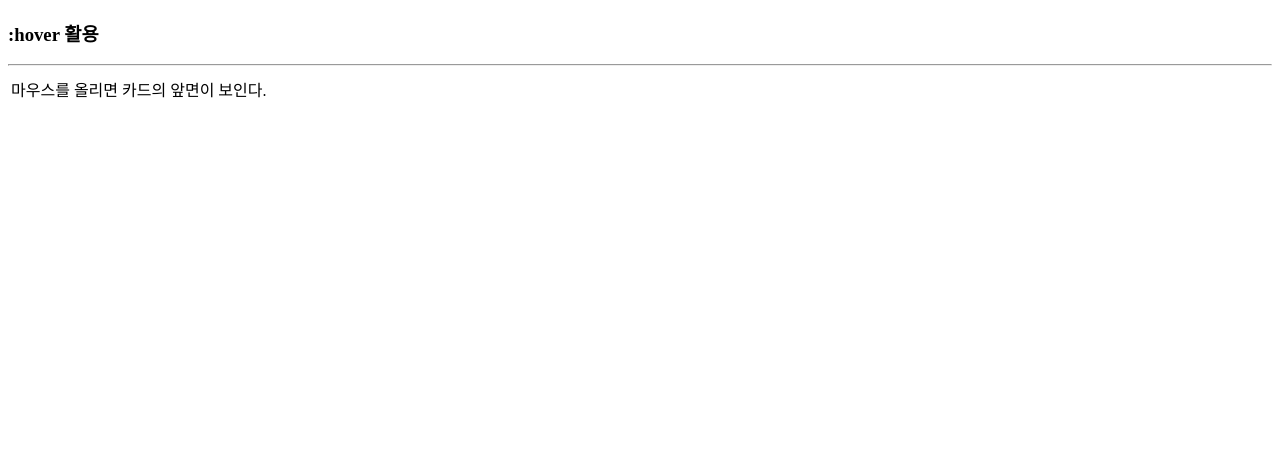
Repository: codelily98/Web
Page: CSS3/src/main/webapp/practice/practice03.html
An editor plug-in stored every save of this project. The page is shown before and after the next save, followed by the edit.
The browser window is 1280 px wide. The pictures show the whole page.

Above is the page before, as saved 2024-08-12 09:21:19.

After the next save:
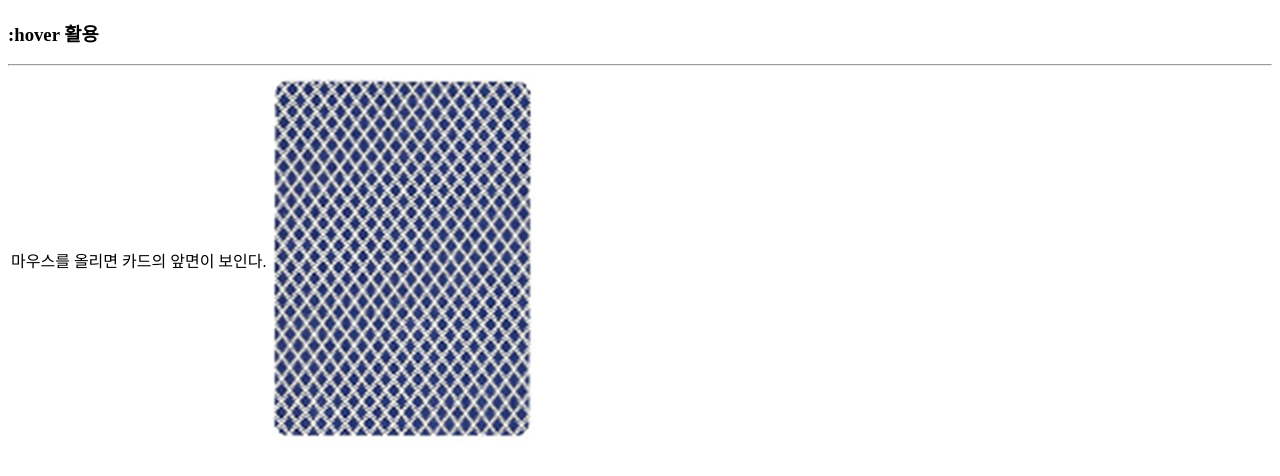
Saved 17 s later.
--- a/CSS3/src/main/webapp/practice/practice03.html
+++ b/CSS3/src/main/webapp/practice/practice03.html
@@ -9,6 +9,9 @@ body:hover #img {
 	width: 150;
 	height: 210;
 	alt: 카드뒷면;
+}
+#img {
+	content: url("../image/back.png");
 }
 body:hover #img:hover {
 	content: url("../image/spade-7.png");
